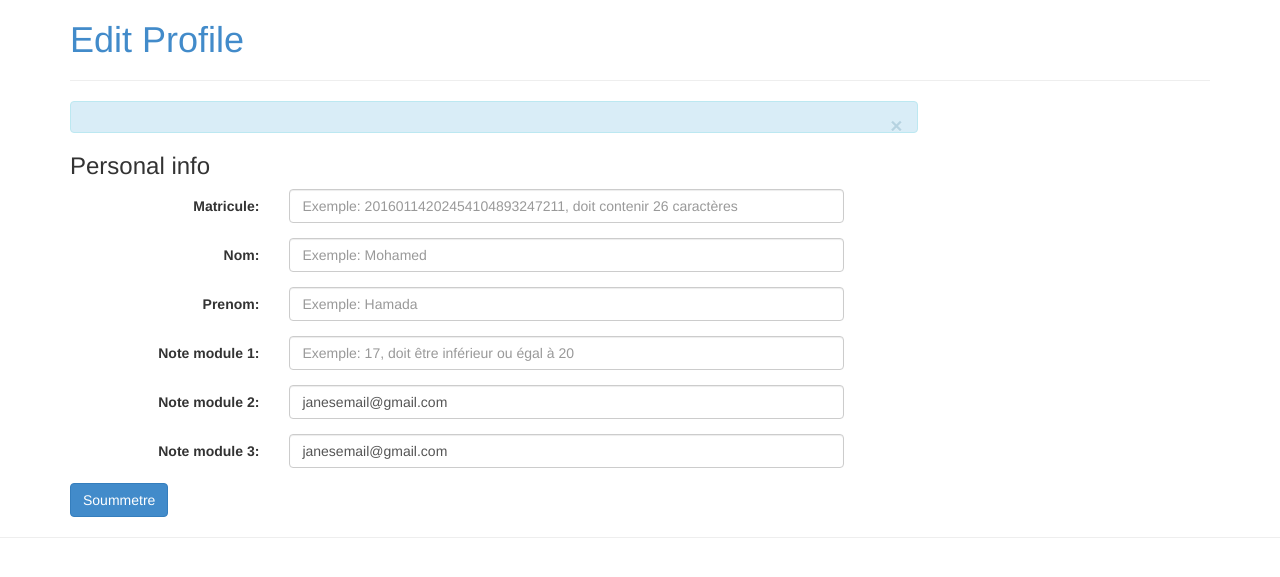
Repository: tt5300447/parakeet
Page: http://localhost/
These files come from the project's save history. The page is drawn as it stood at one moment and after the next save; the edit follows.
The browser window is 1280 px wide. The pictures show the whole page.
The page is run by PHP 8.4 with error messages shown; the project is at /var/www/html/.

Above is the page before, as saved 2022-06-21 16:40:02.
Console error (its wording comes from the project's code and is left out).

### Copier/htdocs/Ajouter/index.php
<!DOCTYPE html>
<html lang="en">

<head>
    <meta charset="UTF-8">
    <meta http-equiv="X-UA-Compatible" content="IE=edge">
    <meta name="viewport" content="width=device-width, initial-scale=1.0">
    <title>Update </title>
    <link rel="stylesheet" href="style.css">
    <link rel="stylesheet" href="bootstrap.min.css">

    <link rel="shortcut icon" type="image/x-icon" href="update.png">
    <link rel="apple-touch-icon" sizes="76x76" href="update.png">

    <link rel="alternate" type="application/rss+xml" href="rss">
</head>

<body>
    <div class="container bootstrap snippets bootdey">
        <h1 class="text-primary">Edit Profile</h1>
        <hr>
        <div class="row">
            <!-- left column -->
            <!-- edit form column -->
            <div class="col-md-9 personal-info">
                <div class="alert alert-info alert-dismissable">
                    <a class="panel-close close" data-dismiss="alert">×</a>
                    <i class="fa fa-coffee"></i>
                </div>
                <h3>Personal info</h3>

                <form class="form-horizontal" method="post" role="form">
                    <div class="form-group">
                        <label class="col-lg-3 control-label">Matricule:</label>
                        <div class="col-lg-8">
                            <input class="form-control" type="text" placeholder="Exemple: 20160114202454104893247211, doit contenir 26 caractères" />
                        </div>
                    </div>
                    <div class="form-group">
                        <label class="col-lg-3 control-label">Nom:</label>
                        <div class="col-lg-8">
                            <input class="form-control" type="text" placeholder="Exemple: Mohamed" />
                        </div>
                    </div>
                    <div class="form-group">
                        <label class="col-lg-3 control-label">Prenom:</label>
                        <div class="col-lg-8">
                            <input class="form-control" type="text" placeholder="Exemple: Hamada" />
                        </div>
                    </div>

                    <div class="form-group">
                        <label class="col-lg-3 control-label">Note module 1:</label>
                        <div class="col-lg-8">
                            <input class="form-control" type="number" placeholder="Exemple: 17, doit être inférieur ou égal à 20" />
                        </div>
                    </div>
                    <div class="form-group">
                        <label class="col-lg-3 control-label">Note module 2:</label>
                        <div class="col-lg-8">
                            <input class="form-control" type="text" value="janesemail@gmail.com" />
                        </div>
                    </div><div class="form-group">
                        <label class="col-lg-3 control-label">Note module 3:</label>
                        <div class="col-lg-8">
                            <input class="form-control" type="text" value="janesemail@gmail.com" />
                        </div>
                    </div>
                    <button type="submit" class="btn btn-primary">Soummetre</button>
                </form>
            </div>
        </div>
    </div>
    <hr>
    <script type="text/javascript" src="popper.min.js"></script>
    <script src="bootstrap.min.js"></script>
</body>

</html>

### Copier/htdocs/Ajouter/style.css
body {
    margin-top: 20px;
}

.avatar {
    width: 200px;
    height: 200px;
}

Loaded but not shown: Copier/htdocs/Ajouter/bootstrap.min.css (library); Copier/htdocs/Ajouter/popper.min.js (library); Copier/htdocs/Ajouter/bootstrap.min.js (library)

After the next save:
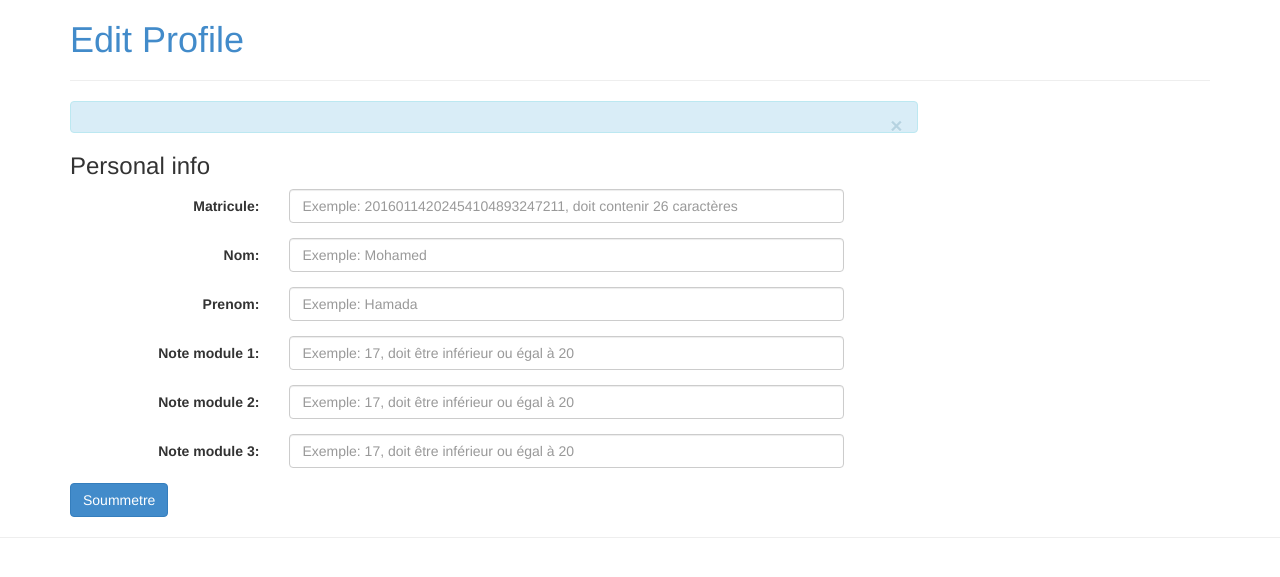
Saved 19 s later.
--- a/Copier/htdocs/Ajouter/index.php
+++ b/Copier/htdocs/Ajouter/index.php
@@ -58,12 +58,12 @@
                     <div class="form-group">
                         <label class="col-lg-3 control-label">Note module 2:</label>
                         <div class="col-lg-8">
-                            <input class="form-control" type="text" value="janesemail@gmail.com" />
+                            <input class="form-control" type="text" placeholder="Exemple: 17, doit être inférieur ou égal à 20" />
                         </div>
                     </div><div class="form-group">
                         <label class="col-lg-3 control-label">Note module 3:</label>
                         <div class="col-lg-8">
-                            <input class="form-control" type="text" value="janesemail@gmail.com" />
+                            <input class="form-control" type="text" placeholder="Exemple: 17, doit être inférieur ou égal à 20" />
                         </div>
                     </div>
                     <button type="submit" class="btn btn-primary">Soummetre</button>
